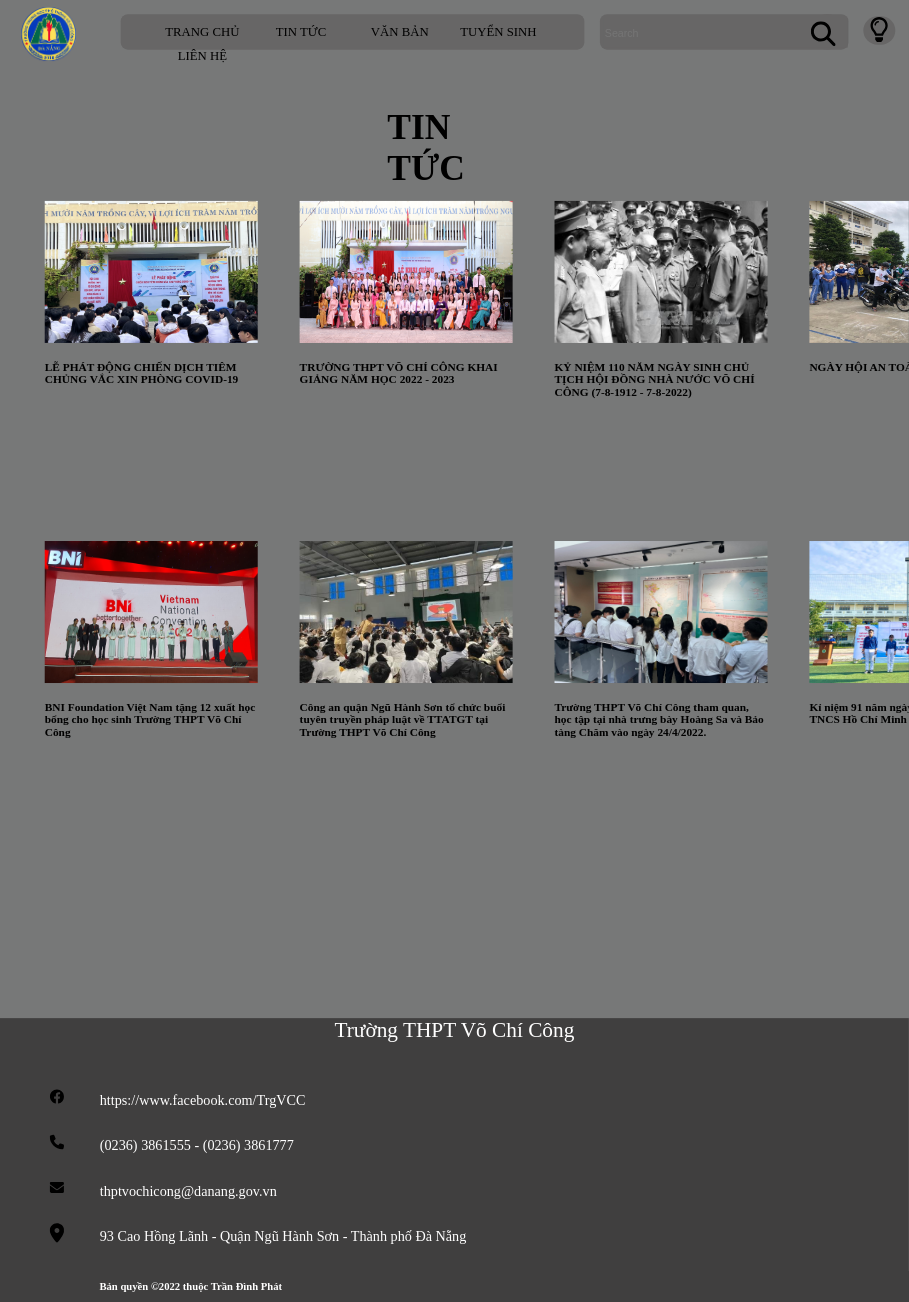
Repository: dphasst17/THPTVCC
Page: new/new.html
The author's editor kept a copy of each file at every save. The page is drawn from the files as they stood at one save, then again after the next save.
The browser window is 1280 px wide. The pictures show the whole page, at 71% of full size.

Above is the page before, as saved 2022-10-14 10:13:08.
Console error: TypeError: Cannot read properties of undefined (reading 'safari')

### new/new.html
<!DOCTYPE html>
<html lang="en">
<head>
    <meta charset="UTF-8">
    <meta http-equiv="X-UA-Compatible" content="IE=edge">
    <meta name="viewport" content="width=device-width, initial-scale=1.0">
    <script src="https://ajax.googleapis.com/ajax/libs/jquery/3.6.0/jquery.min.js"></script>
    <script src="./index.js"></script>
    <link rel="stylesheet" href="./new.css">
    <title>Trường THPT Võ Chí Công</title>
</head>
<body>
    <header>
        <div class="logo">
            <a href="#">
                <img src="../img/logo.png" alt="">
            </a>
        </div>
        <div class="nav">
            <ul>
                <li><a href="../index.html" >TRANG CHỦ</a></li>
                <li><a href="../new/new.html">TIN TỨC</a></li>
                <li><a href="../document/document.html">VĂN BẢN</a></li>
                <li><a href="../admissions/admissions.html">TUYỂN SINH</a></li>
                <li><a href="#contact">LIÊN HỆ</a></li>
            </ul>
        </div>
        <div class="search">
            <input placeholder="Search" spellCheck="false"/>
            <div class="icon-search">
                <svg xmlns="http://www.w3.org/2000/svg" viewBox="0 0 512 512"><path d="M416 208c0 45.9-14.9 88.3-40 122.7L502.6 457.4c12.5 12.5 12.5 32.8 0 45.3s-32.8 12.5-45.3 0L330.7 376c-34.4 25.2-76.8 40-122.7 40C93.1 416 0 322.9 0 208S93.1 0 208 0S416 93.1 416 208zM208 352c79.5 0 144-64.5 144-144s-64.5-144-144-144S64 128.5 64 208s64.5 144 144 144z"strokeWidth="4" stroke="#fff"/></svg>
            </div>
        </div>
        <div class="user">
            <svg xmlns="http://www.w3.org/2000/svg" viewBox="0 0 448 512">
                <path d="M224 256c70.7 0 128-57.3 128-128S294.7 0 224 0S96 57.3 96 128s57.3 128 128 128zm-45.7 48C79.8 304 0 383.8 0 482.3C0 498.7 13.3 512 29.7 512H418.3c16.4 0 29.7-13.3 29.7-29.7C448 383.8 368.2 304 269.7 304H178.3z"/>
            </svg>
            <div class="user_infor">
                <a href="../login.html">Login</a>
            </div>
        </div>
        <div class="dark_mode">
            <div>
                <button id="dark">
                    <svg xmlns="http://www.w3.org/2000/svg" viewBox="0 0 384 512">
                        <path d="M272 384c9.6-31.9 29.5-59.1 49.2-86.2l0 0c5.2-7.1 10.4-14.2 15.4-21.4c19.8-28.5 31.4-63 31.4-100.3C368 78.8 289.2 0 192 0S16 78.8 16 176c0 37.3 11.6 71.9 31.4 100.3c5 7.2 10.2 14.3 15.4 21.4l0 0c19.8 27.1 39.7 54.4 49.2 86.2H272zM192 512c44.2 0 80-35.8 80-80V416H112v16c0 44.2 35.8 80 80 80zM112 176c0 8.8-7.2 16-16 16s-16-7.2-16-16c0-61.9 50.1-112 112-112c8.8 0 16 7.2 16 16s-7.2 16-16 16c-44.2 0-80 35.8-80 80z"/>
                    </svg>
                </button>
            </div>
            <div>
                <button id="light">
                    <svg xmlns="http://www.w3.org/2000/svg" viewBox="0 0 384 512">
                        <path d="M112.1 454.3c0 6.297 1.816 12.44 5.284 17.69l17.14 25.69c5.25 7.875 17.17 14.28 26.64 14.28h61.67c9.438 0 21.36-6.401 26.61-14.28l17.08-25.68c2.938-4.438 5.348-12.37 5.348-17.7L272 415.1h-160L112.1 454.3zM192 0C90.02 .3203 16 82.97 16 175.1c0 44.38 16.44 84.84 43.56 115.8c16.53 18.84 42.34 58.23 52.22 91.45c.0313 .25 .0938 .5166 .125 .7823h160.2c.0313-.2656 .0938-.5166 .125-.7823c9.875-33.22 35.69-72.61 52.22-91.45C351.6 260.8 368 220.4 368 175.1C368 78.8 289.2 .0039 192 0zM288.4 260.1c-15.66 17.85-35.04 46.3-49.05 75.89h-94.61c-14.01-29.59-33.39-58.04-49.04-75.88C75.24 236.8 64 206.1 64 175.1C64 113.3 112.1 48.25 191.1 48C262.6 48 320 105.4 320 175.1C320 206.1 308.8 236.8 288.4 260.1zM176 80C131.9 80 96 115.9 96 160c0 8.844 7.156 16 16 16S128 168.8 128 160c0-26.47 21.53-48 48-48c8.844 0 16-7.148 16-15.99S184.8 80 176 80z"/>
                    </svg>
                </button>
            </div>
        </div>
        <script>
            $(document).ready(function(){
                $('.user').click(function(){
                    $('.user_infor').fadeToggle('user_info')
                })
            })

            /* Dark - Light mode */
            $(document).ready(function(){
                $('#dark').click(function(){
                    $('body').css("background-color","rgb(119, 120, 120)")
                    $('.nav, .search, .search>input, .user, #new, #document, #admissions').css("background-color","rgb(103, 102, 102)")
                    $('.notification').css("background-color","#f4f2f2bd")
                    $('.nav, .search, .user,#dark, .notification').css("border-style","none")
                    $('h4').css("color","white")
                    $('#dark').css("display","none")
                    $('#light').css("display","block")
                });
                $('#light').click(function(){
                    $('body').css("background-color","rgb(239, 236, 236)")
                    $('.nav, .search, .search>input, .user, .notification, #new, #document, #admissions, #dark').css("background-color","rgb(247, 246, 246)")
                    $('.nav, .search, .user,#dark, .notification').css("border-style","solid")
                    $('.search>input').css("color","#000")
                    $('h4').css("color","black")
                    $('#light').css("display","none")
                    $('#dark').css("display","block")
                })
            })
        </script>
    </header>
    <div class="container">
        <article>
            <iframe name="page" src="./new_content/new_content_home.html" frameborder="0" >
            </iframe>
        </article>
    </div>
    <div id="contact" class="contact">
        <p>Trường THPT Võ Chí Công</p>
        <div class="contact_container">
            <div class="svg">
                <svg xmlns="http://www.w3.org/2000/svg" viewBox="0 0 512 512">
                    <path d="M504 256C504 119 393 8 256 8S8 119 8 256c0 123.78 90.69 226.38 209.25 245V327.69h-63V256h63v-54.64c0-62.15 37-96.48 93.67-96.48 27.14 0 55.52 4.84 55.52 4.84v61h-31.28c-30.8 0-40.41 19.12-40.41 38.73V256h68.78l-11 71.69h-57.78V501C413.31 482.38 504 379.78 504 256z"/></svg>
                    <a href="https://www.facebook.com/TrgVCC">https://www.facebook.com/TrgVCC</a>
            </div>
        </div>
        <div class="contact_container">
            <div class="svg">
                <svg xmlns="http://www.w3.org/2000/svg" viewBox="0 0 512 512">
                    <path d="M164.9 24.6c-7.7-18.6-28-28.5-47.4-23.2l-88 24C12.1 30.2 0 46 0 64C0 311.4 200.6 512 448 512c18 0 33.8-12.1 38.6-29.5l24-88c5.3-19.4-4.6-39.7-23.2-47.4l-96-40c-16.3-6.8-35.2-2.1-46.3 11.6L304.7 368C234.3 334.7 177.3 277.7 144 207.3L193.3 167c13.7-11.2 18.4-30 11.6-46.3l-40-96z"/></svg>
                    <a>(0236) 3861555 - (0236) 3861777</a>
            </div>
        </div>
        <div class="contact_container">
            <div class="svg">
                <svg xmlns="http://www.w3.org/2000/svg" viewBox="0 0 512 512">
                    <path d="M48 64C21.5 64 0 85.5 0 112c0 15.1 7.1 29.3 19.2 38.4L236.8 313.6c11.4 8.5 27 8.5 38.4 0L492.8 150.4c12.1-9.1 19.2-23.3 19.2-38.4c0-26.5-21.5-48-48-48H48zM0 176V384c0 35.3 28.7 64 64 64H448c35.3 0 64-28.7 64-64V176L294.4 339.2c-22.8 17.1-54 17.1-76.8 0L0 176z"/></svg>
                    <a>thptvochicong@danang.gov.vn</a>
            </div>
        </div>
        <div class="contact_container">
            <div class="svg">
                <svg xmlns="http://www.w3.org/2000/svg" viewBox="0 0 384 512">
                    <path d="M215.7 499.2C267 435 384 279.4 384 192C384 86 298 0 192 0S0 86 0 192c0 87.4 117 243 168.3 307.2c12.3 15.3 35.1 15.3 47.4 0zM192 256c-35.3 0-64-28.7-64-64s28.7-64 64-64s64 28.7 64 64s-28.7 64-64 64z"/></svg>
                    <a>93 Cao Hồng Lãnh - Quận Ngũ Hành Sơn - Thành phố Đà Nẵng</a>
            </div>
        </div>
        <h3 style="color:white;margin-left:140px;margin-top:50px;font-size:15px;">Bản quyền ©2022 thuộc Trần Đình Phát</h3>
    </div>
</body>
</html>

### index.js
$(document).ready(function(){
    $('.user').click(function(){
        $('.user_infor').fadeToggle('user_info')
    })
})

/* Dark - Light mode */
$(document).ready(function(){
	$('#dark').click(function(){
    	$('body').css("background-color","rgb(119, 120, 120)")
        $('.nav, .search, .search>input, .user, #new, #document, #admissions').css("background-color","rgb(103, 102, 102)")
        $('.notification').css("background-color","#f4f2f2bd")
        $('.nav, .search, .user,#dark, .notification').css("border-style","none")
        $('h4').css("color","white")
        $('#dark').css("display","none")
        $('#light').css("display","block")
    });
    $('#light').click(function(){
    	$('body').css("background-color","rgb(239, 236, 236)")
        $('.nav, .search, .search>input, .user, .notification, #new, #document, #admissions, #dark').css("background-color","rgb(247, 246, 246)")
        $('.nav, .search, .user,#dark, .notification').css("border-style","solid")
        $('.search>input').css("color","#000")
        $('h4').css("color","black")
        $('#light').css("display","none")
        $('#dark').css("display","block")
    })
})


$(function(){
    var iFrames = $('iframe');

    function iResize()
    {
        for (var i = 0, j = iFrames.length; i < j; i++) {
        iFrames[i].style.height = iFrames[i].contentWindow.document.body.offsetHeight + 'px';}
    }

    if ($.browser.safari || $.browser.opera) {

           iFrames.load(function(){
               setTimeout(iResize, 0);
           });

           for (var i = 0, j = iFrames.length; i < j; i++) {
                var iSource = iFrames[i].src;
                iFrames[i].src = '';
                iFrames[i].src = iSource;
           }

    } else
    {
        iFrames.load(function() {
           this.style.height = this.contentWindow.document.body.offsetHeight + 'px';
        });
    }
 });

### new/new.css
html{
    scroll-behavior: smooth;
}
body{
    margin:0;
    text-decoration:none;
    background-color:rgb(119, 120, 120);
}
header{
    width:100%;
    height:100px;
    top:0;
    left:0;
    right:0;
    position:relative;
    z-index: 111;
}
.logo img{
    width:6%;
    margin:10px 30px;
    position:absolute;
}
.nav{
    position:absolute;
    width:51%;
    height:50px;
    background-color:rgb(103, 102, 102);
    border-radius:10px;
    margin:20px 170px;
}
.nav ul li{
    display:inline-block;
    width:120px;
    margin-top:-10%;
    margin-left:15px;
    text-decoration:none;
    line-height: 44px;
    text-align:center;
}
.nav a{
    display:block;
    width:120px;
    height:50px;
    text-decoration:none;
    font-size:18px;
    color:black;
    line-height: 48px;
}
.search{
    width: 350px;
    height: 50px;
    position: absolute;
    background-color: rgb(103, 102, 102);
    margin-left: 66%;
    margin-top:20px;
    border-radius: 10px;
}
.search input{
    width:340px;
    height:40px;
    margin:5px;
    border-style:none;
    background-color:rgb(103, 102, 102);
    color:#fff;
    outline: none;
    font-size:15px;
}
.icon-search{
    position: absolute;
    background-color: transparent;
    border: 0 none;
    width: 10%;
    margin: -12% 85%;
}
.user{
    width:50px;
    height:50px;
    float:right;
    margin:20px 90px;
    border-radius:50px;
    background-color:rgb(103, 102, 102);
}
.user svg{
    width: 60%;
    margin: 5px 10px;
}
.user a{
    color:tan;
    text-decoration:none;
}
.user_infor{
    display:none;
    width:100px;
    height:100px;
    background-color: rgb(103, 102, 102);
    border-radius:10px;
    margin: 10px -25px;
    text-align:center;
}
.user_infor button{
    border:none;
    background-color:rgb(103, 102, 102);
}
iframe{
    width:100%;
    height:auto;
    min-height:1300px;
    max-height:3000px;
}
#dark{
    width:45px;
    position:absolute;
    border:none;
    background-color:rgb(103, 102, 102);
    display:none;
    margin-top:23px;
    margin-left:95%;
    border-radius:50px;
}
#light{
    width:45px;
    position:absolute;
    border:none;
    background-color:rgb(103, 102, 102);
    display:block;
    margin-top:23px;
    margin-left:95%;
    border-radius:50px;
}
#dark svg{
    width:80%;
}
#light svg{
    width:80%;
}
.contact{
    width:100%;
    height:400px;
    background-color:rgb(64, 63, 63);
}
.contact h4{
    position:absolute;
    color:#fff;
    margin:50px 140px;
}
.contact p{
    color:#fff;
    text-align:center;
    font-size:30px;
}
.contact_container{
    display:inline-flex;
    width:90%;
    height:15%;
    margin-left:70px;
}
.svg {
    display:flex;
    position:absolute;
    width:80%;
    margin-top:30px;
}
.svg a{
    font-size: 20px;
    margin-left:50px;
    margin-top:10px;
    color:#fff;
    text-decoration:none;
}
.svg svg{
    width:2%;
}

### new/new_content/new_content_home.html
<!DOCTYPE html>
<html lang="en">
<head>
    <meta charset="UTF-8">
    <meta http-equiv="X-UA-Compatible" content="IE=edge">
    <meta name="viewport" content="width=device-width, initial-scale=1.0">
    <style>
        body{
            width:1519px;
            height:500px;
            overflow-x:hidden;
            overflow-y:hidden;
        }
        .new_body{
            width:99%;
            height:1000px;
            overflow: hidden;
            border-radius:10px;
            margin-top:30px;
        }
        h1{
            position:absolute;
            color:black;
            margin:20px 42%;
            font-size:50px;
        }
        .content{
            width:300px;
            height:370px;
            display:inline-flex;
            margin-top:100px;
            margin-left:55px;
            flex-wrap: wrap;
            align-content: center;
        }
        a{
            text-decoration:none;
        }
        h4{
            color:#000;
        }
        img{
            width:300px;
            height:200px;
        }
    </style>
</head>
<body>
    <div id="new_body" class="new_body">
        <h1>TIN TỨC</h1>
        <div class="content">
            <a href="../new_content/new_conten1.html">
                <img src="../new_img/1.jpg" alt="">
                <h4>LỄ PHÁT ĐỘNG CHIẾN DỊCH TIÊM CHỦNG VẮC XIN PHÒNG COVID-19</h4>
            </a>
        </div>
        <div class="content">
            <a href="../new_content/new_content2.html">
                <img src="../new_img/2.jpg" alt="">
                <h4>TRƯỜNG THPT VÕ CHÍ CÔNG KHAI GIẢNG NĂM HỌC 2022 - 2023</h4>
            </a>
        </div>
        <div class="content">
            <a href="../new_content/new_content3.html">
                <img src="../new_img/3.jpg" alt="">
                <h4>KỶ NIỆM 110 NĂM NGÀY SINH CHỦ TỊCH HỘI ĐỒNG NHÀ NƯỚC VÕ CHÍ CÔNG (7-8-1912 - 7-8-2022)</h4>
            </a>
        </div>
        <div class="content">
            <a href="../new_content/new_content4.html">
                <img src="../new_img/4.jpg" alt="">
                <h4>NGÀY HỘI AN TOÀN GIAO THÔNG</h4>
            </a>
        </div>
        <div class="content">
            <a href="../new_content/new_content5.html">
                <img src="../new_img/5.jpg" alt="">
                <h4>BNI Foundation Việt Nam tặng 12 xuất học bổng cho học sinh Trường THPT Võ Chí Công</h4>
            </a>
        </div>
        <div class="content">
            <a href="../new_content/new_content6.html">
                <img src="../new_img/6.jpg" alt="">
                <h4>Công an quận Ngũ Hành Sơn tổ chức buổi tuyên truyền pháp luật về TTATGT tại Trường THPT Võ Chí Công</h4>
            </a>
        </div>
        <div class="content">
            <a href="../new_content/new_content7.html">
                <img src="../new_img/7.jpg" alt="">
                <h4>Trường THPT Võ Chí Công tham quan, học tập tại nhà trưng bày Hoàng Sa và Bảo tàng Chăm vào ngày 24/4/2022.</h4>
            </a>
        </div>
        <div class="content">
            <a href="../new_content/new_content8.html">
                <img src="../new_img/8.jpg" alt="">
                <h4>Kỉ niệm 91 năm ngày thành lập Đoàn TNCS Hồ Chí Minh (26/3/1931-26/3/2022)</h4>
            </a>
        </div>
    </div>
</body>
</html>

After the next save:
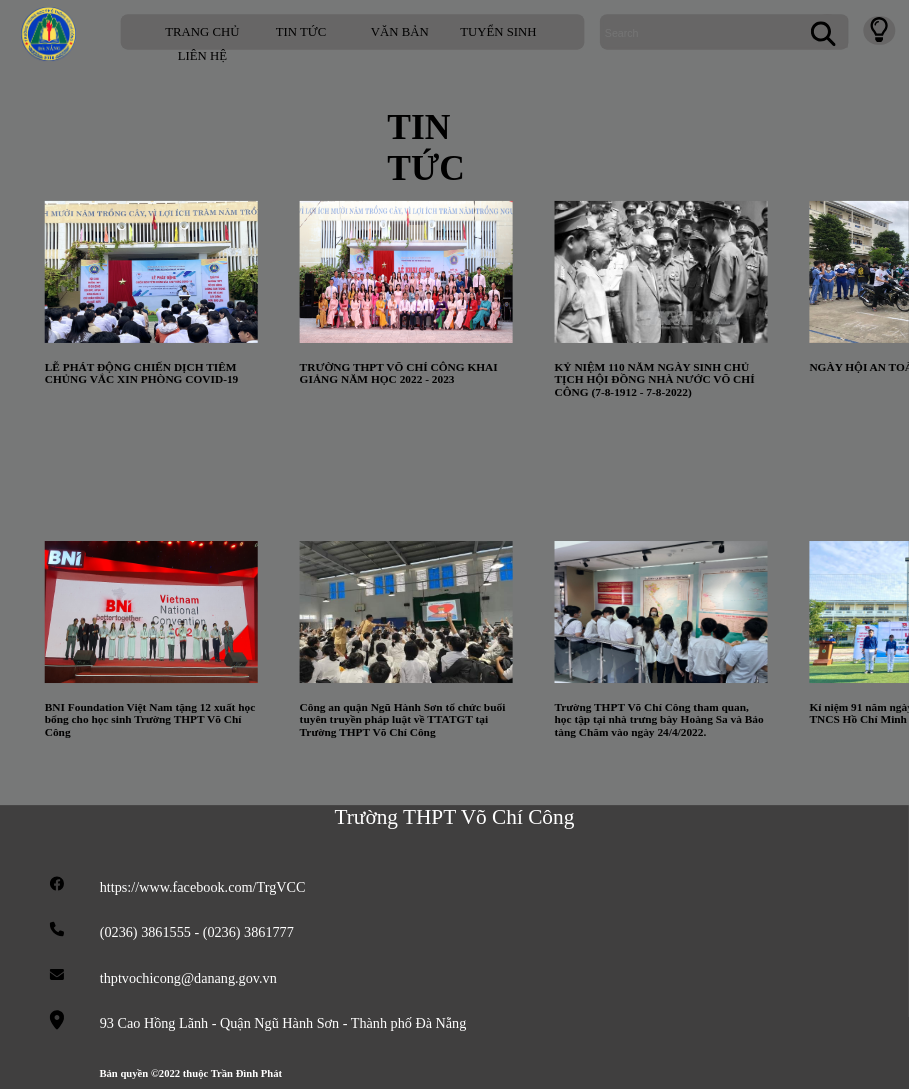
Saved 4 s later.
--- a/new/new.css
+++ b/new/new.css
@@ -104,7 +104,7 @@ header{
 iframe{
     width:100%;
     height:auto;
-    min-height:1300px;
+    min-height:1000px;
     max-height:3000px;
 }
 #dark{
